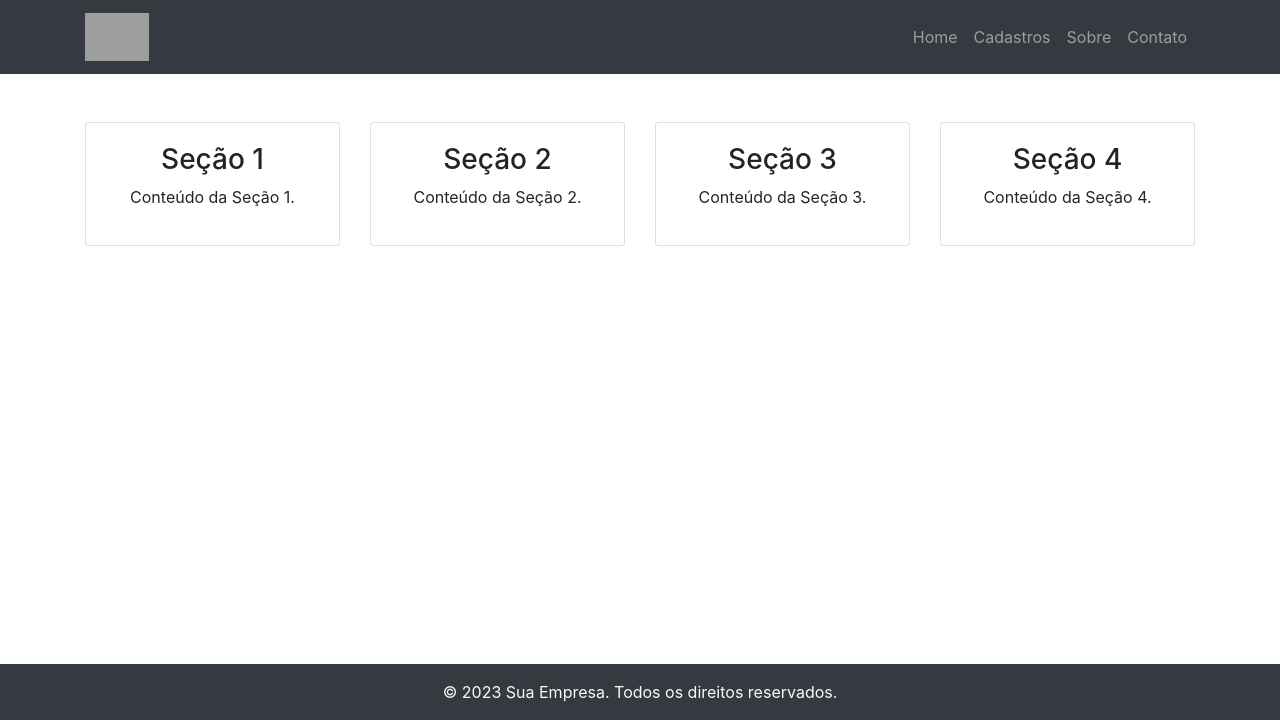
Repository: hagartelles/serveletProject
Page: BeltourServerlet/src/main/webapp/Index.html
The author's editor kept a copy of each file at every save. The page is drawn from the files as they stood at one save, then again after the next save.
The browser window is 1280 px wide. The pictures show the whole page.
Pictures or frames that could not be fetched are drawn as grey boxes. Some web libraries are served in a nearby version.

Above is the page before, as saved 2023-11-05 02:15:13.

### BeltourServerlet/src/main/webapp/Index.html
<!DOCTYPE html>
<html lang="pt-br">
<head>
    <meta charset="UTF-8">
    <meta name="viewport" content="width=device-width, initial-scale=1.0">
    <title>Home</title>
    <!-- Inclua o link para o Bootstrap via CDN -->
    <link rel="icon" type="image/x-icon" href="./icon/favicon.ico">
    <link rel="stylesheet" href="https://maxcdn.bootstrapcdn.com/bootstrap/4.5.2/css/bootstrap.min.css">
</head>
<body>
    <!-- Cabeçalho -->
    <header>
        <nav class="navbar navbar-expand-lg navbar-dark  bg-dark text-light">
            <div class="container">
                <a class="navbar-brand" href="#"><img src="./icon/samurai.png"/ height="48px"></a>
                <button class="navbar-toggler" type="button" data-toggle="collapse" data-target="#navbarNav" aria-controls="navbarNav" aria-expanded="false" aria-label="Toggle navigation">
                    <span class="navbar-toggler-icon"></span>
                </button>
                <div class="collapse navbar-collapse" id="navbarNav">
                    <ul class="navbar-nav ml-auto">
                        <li class="nav-item">
                            <a class="nav-link" href="#">Home</a>
                        </li>
                        <li class="nav-item">
                            <a class="nav-link" href="ReadController">Cadastros</a>
                        </li>
                        <li class="nav-item">
                            <a class="nav-link" href="#sobre">Sobre</a>
                        </li>
                        <li class="nav-item">
                            <a class="nav-link" href="#contato">Contato</a>
                        </li>
                    </ul>
                </div>
            </div>
        </nav>
    </header>

    <!-- Corpo da Página -->
    <div class="container text-center mt-5">
        <div class="row">
            <div class="col-md-3">
                <div class="card">
                    <div class="card-body">
                        <h3>Seção 1</h3>
                        <p>Conteúdo da Seção 1.</p>
                    </div>
                </div>
            </div>
            <div class="col-md-3">
                <div class="card">
                    <div class="card-body">
                        <h3>Seção 2</h3>
                        <p>Conteúdo da Seção 2.</p>
                    </div>
                </div>
            </div>
            <div class="col-md-3">
                <div class="card">
                    <div class="card-body">
                        <h3>Seção 3</h3>
                        <p>Conteúdo da Seção 3.</p>
                    </div>
                </div>
            </div>
            <div class="col-md-3">
                <div class="card">
                    <div class="card-body">
                        <h3>Seção 4</h3>
                        <p>Conteúdo da Seção 4.</p>
                    </div>
                </div>
            </div>
        </div>
    </div>

    <!-- Rodapé -->
    <footer class="bg-dark text-light text-center py-3 fixed-bottom">
        &copy; 2023 Sua Empresa. Todos os direitos reservados.
    </footer>

    <!-- Inclua os scripts do Bootstrap via CDN -->
    <script src="https://code.jquery.com/jquery-3.5.1.slim.min.js"></script>
    <script src="https://cdn.jsdelivr.net/npm/@popperjs/core@2.5.3/dist/umd/popper.min.js"></script>
    <script src="https://maxcdn.bootstrapcdn.com/bootstrap/4.5.2/js/bootstrap.min.js"></script>
</body>
</html>

After the next save:
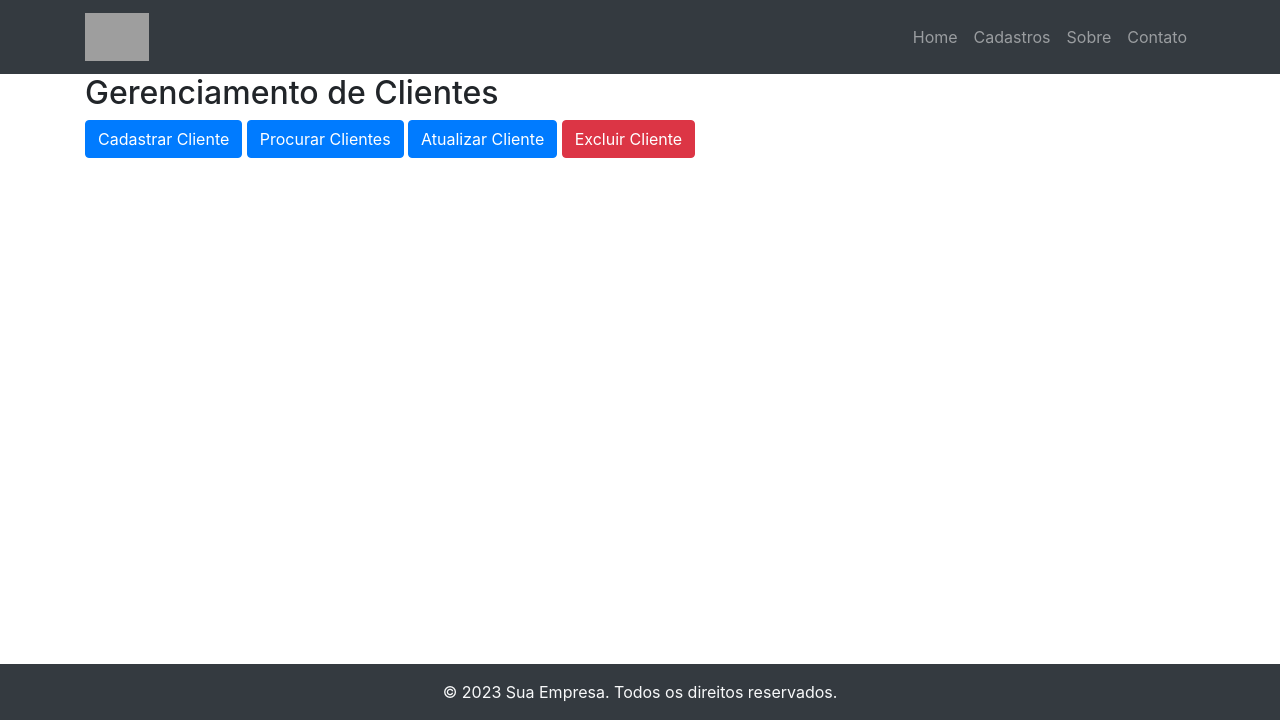
Saved 2 min 2 s later.
--- a/BeltourServerlet/src/main/webapp/Index.html
+++ b/BeltourServerlet/src/main/webapp/Index.html
@@ -38,42 +38,17 @@
     </header>
 
     <!-- Corpo da Página -->
-    <div class="container text-center mt-5">
-        <div class="row">
-            <div class="col-md-3">
-                <div class="card">
-                    <div class="card-body">
-                        <h3>Seção 1</h3>
-                        <p>Conteúdo da Seção 1.</p>
-                    </div>
-                </div>
-            </div>
-            <div class="col-md-3">
-                <div class="card">
-                    <div class="card-body">
-                        <h3>Seção 2</h3>
-                        <p>Conteúdo da Seção 2.</p>
-                    </div>
-                </div>
-            </div>
-            <div class="col-md-3">
-                <div class="card">
-                    <div class="card-body">
-                        <h3>Seção 3</h3>
-                        <p>Conteúdo da Seção 3.</p>
-                    </div>
-                </div>
-            </div>
-            <div class="col-md-3">
-                <div class="card">
-                    <div class="card-body">
-                        <h3>Seção 4</h3>
-                        <p>Conteúdo da Seção 4.</p>
-                    </div>
-                </div>
-            </div>
-        </div>
-    </div>
+    <div class="container">
+    <h2>Gerenciamento de Clientes</h2>
+
+    <!-- Formulário para Ações de Cliente -->
+    <form id="cliente-form">
+      <button type="submit" class="btn btn-primary" name="cadastrar">Cadastrar Cliente</button>
+      <button type="button" class="btn btn-primary" name="procurar">Procurar Clientes</button>
+      <button type="button" class="btn btn-primary" name="atualizar">Atualizar Cliente</button>
+      <button type="button" class="btn btn-danger" name="excluir">Excluir Cliente</button>
+    </form>
+  </div>
 
     <!-- Rodapé -->
     <footer class="bg-dark text-light text-center py-3 fixed-bottom">
